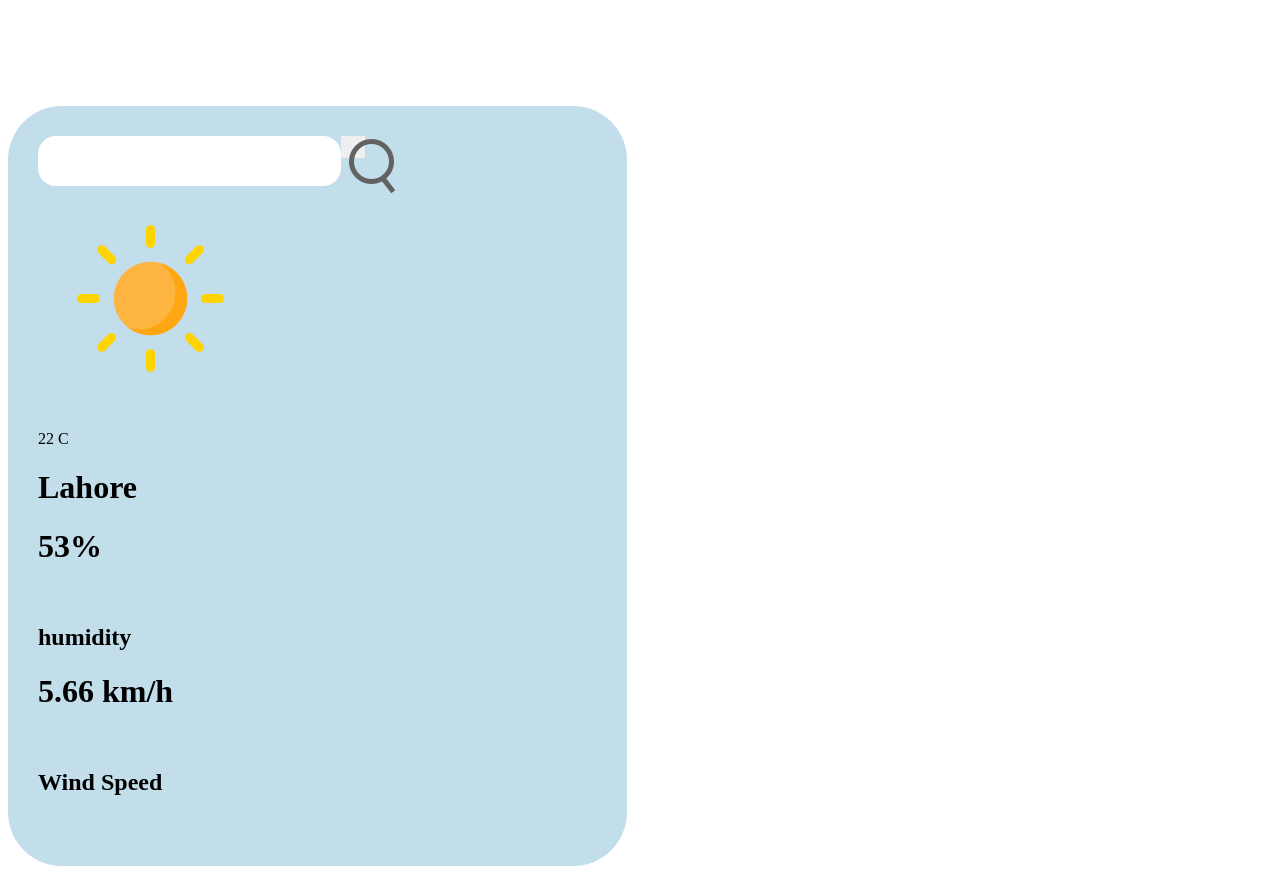
Repository: WajihaGul/Javascripts-Projects
Page: WEATHER APP/index.html
An editor plug-in stored every save of this project. The page is shown before and after the next save, followed by the edit.
The browser window is 1280 px wide. The pictures show the whole page.

Above is the page before, as saved 2024-06-07 15:22:21.
Not found: WEATHER APP/script.js

### WEATHER APP/index.html
<!DOCTYPE html>
<html>
    <head>
        <meta charset="utf-8">
        <meta http-equiv="X-UA-Compatible" content="IE=edge">
        <title></title>
        <meta name="description" content="">
        <meta name="viewport" content="width=device-width, initial-scale=1">
        <link rel="stylesheet" href="./style.css">
    </head>
    <body>
            <div class="MainDiv">
                <div class="SearchDiv" >
                <input type="search" class="SearchInput">
                <button class="SearchLogo"><img src="/images/search.png" alt="SearchLogo"></button>
            </div>

            <div class="SecDiv">
                <div class="weather">
                <img src="./images/clear.png" alt="weather here">
                </div>
                <div class="temp">
                    <p>22 C</p>
                </div>
                <div class="cityName">
                    <h1>Lahore</h1>
                </div>
                <div class="humidity">
                    <h1>53%</h1>
                    <br>
                    <h2>humidity</h2>
                </div>
                <div class="windSpeed">
                    <h1>5.66 km/h</h1>
                    <br>
                    <h2>Wind Speed</h2>
                </div>
            </div>
        </div>
        <script src="./script.js" async defer></script>
    </body>
</html>

### WEATHER APP/style.css
.MainDiv{
    background-color: #c3deeb;
    /* margin: 0 auto; */
    width: 559px;
    /* display: flex; */
    margin-top: 106px;
    border-radius: 54px;
    height: 700px;
    padding: 30px
}
.SearchInput{
    width: 303px;
    height: 50px;
    border-radius: 18px;
    padding: 10px;
    border-color: transparent;
}
.SearchDiv{
    display: flex;
    flex-direction: row;
}
.SearchLogo{
    height: 22px;
    /* border-color: transparent; */
    border-color: transparent;
    width: 24px;
}

After the next save:
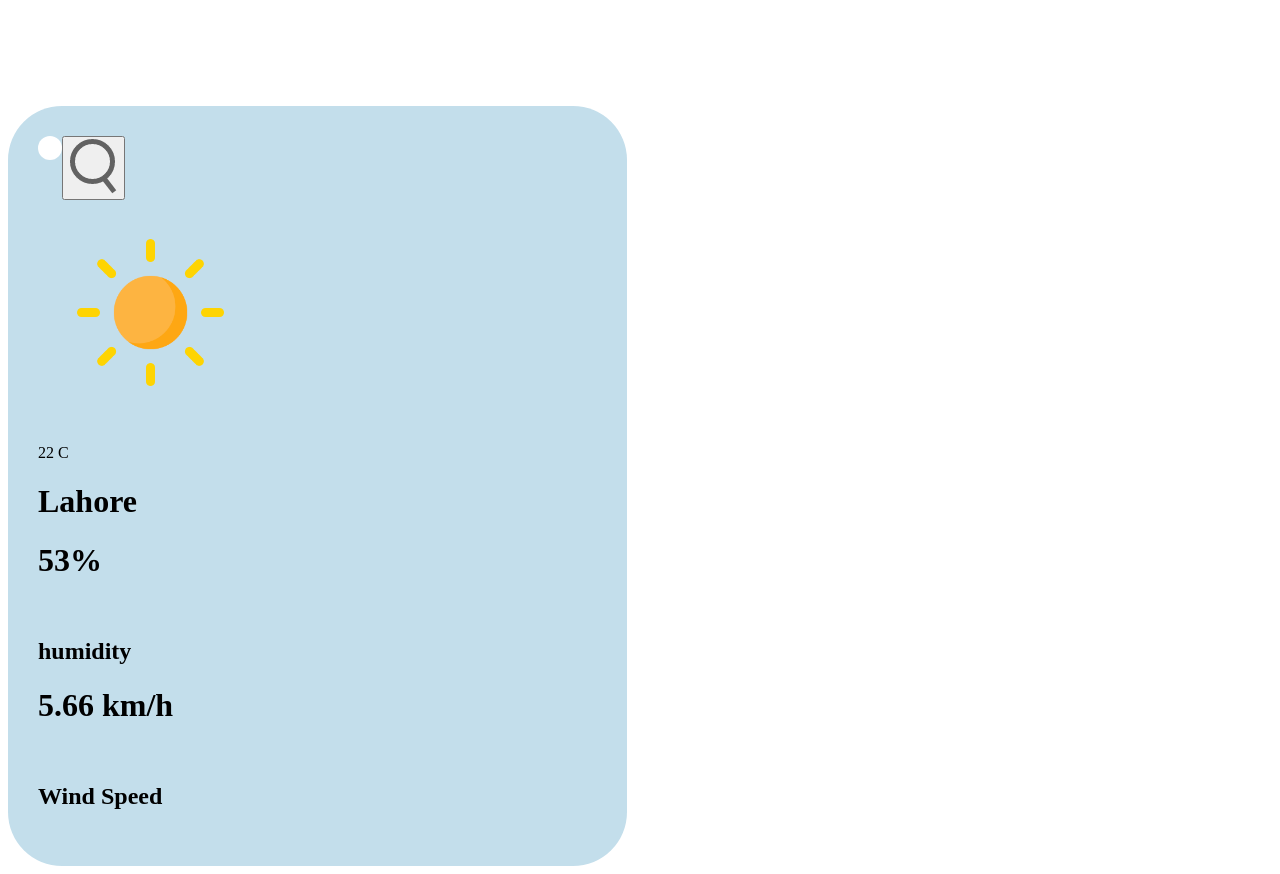
Saved 36 s later.
--- a/WEATHER APP/style.css
+++ b/WEATHER APP/style.css
@@ -19,7 +19,7 @@
     display: flex;
     flex-direction: row;
 }
-.SearchLogo{
+.SearchInput{
     height: 22px;
     /* border-color: transparent; */
     border-color: transparent;

After the save that followed:
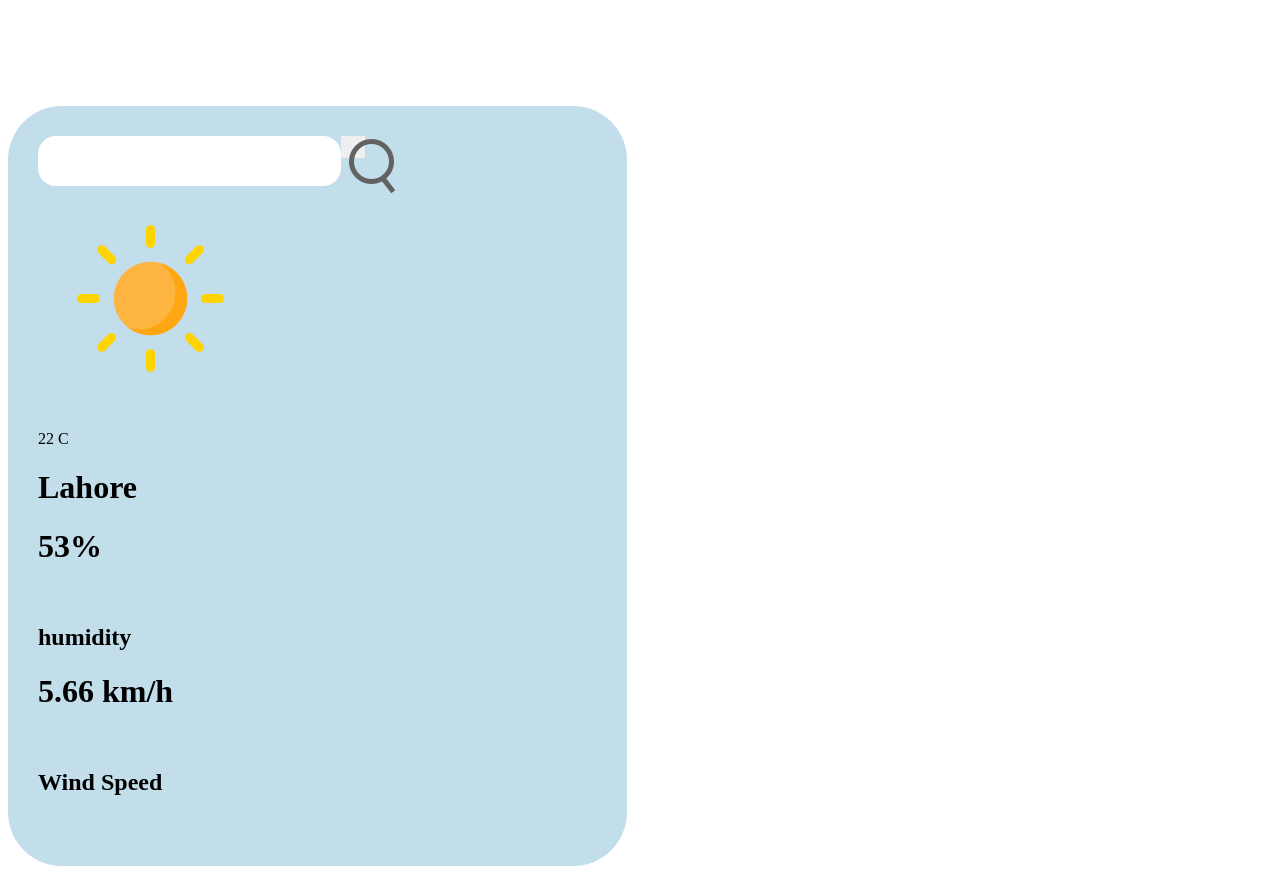
Saved 53 s later.
--- a/WEATHER APP/style.css
+++ b/WEATHER APP/style.css
@@ -19,7 +19,7 @@
     display: flex;
     flex-direction: row;
 }
-.SearchInput{
+.SearchLogo{
     height: 22px;
     /* border-color: transparent; */
     border-color: transparent;
